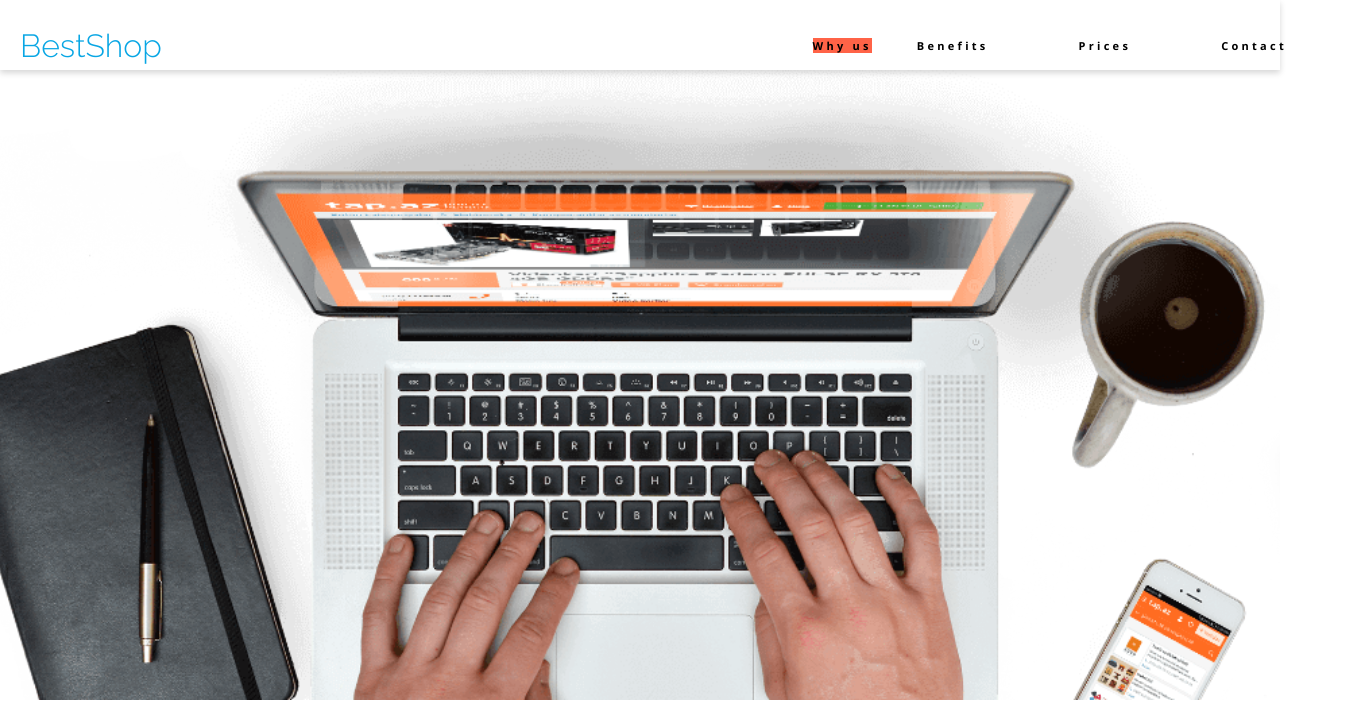
Repository: Widzisz/bestshop-website
Page: index.html
The author's editor kept a copy of each file at every save. The page is drawn from the files as they stood at one save, then again after the next save.
The browser window is 1280 px wide. The page is 1352 px wide, so the pictures cover 1352 px, including what lies to the right of the window. The pictures show the whole page.
The pointer rests on the first visible `.menu__list a`.

Above is the page before, as saved 2021-03-19 12:42:32.

### index.html
<!doctype html>
<html lang="en">

<head>
  <meta charset="UTF-8">
  <meta http-equiv="X-UA-Compatible" content="ie=edge">

  <link rel="preconnect" href="https://fonts.gstatic.com">
  <link
    href="https://fonts.googleapis.com/css2?family=Open+Sans:ital,wght@0,300;0,400;0,600;0,700;0,800;1,300;1,400;1,600;1,700;1,800&family=Raleway:ital,wght@0,100;0,200;0,300;0,400;0,500;0,600;0,700;0,800;0,900;1,100;1,200;1,300;1,400;1,500;1,600;1,700;1,800;1,900&display=swap"
    rel="stylesheet">
  <title>Craze Features</title>
  <link rel="stylesheet" href="css/normalize.css">
  <link rel="stylesheet" href="css/style.css">
</head>
<div class="hero">

  <header class="header">

    <div class="container">
      <div class="container__nav">
        <a href="" class="logo">
          <span>BestShop</span>
        </a>

        <nav class="menu">
          <ul class="menu__list">
            <li><a href="">Why us</a></li>
            <li><a href="">Benefits</a></li>
            <li><a href="">Prices</a></li>
            <li><a href="">Contact</a></li>
          </ul>
        </nav>
      </div>
    </div>
  </header>

</div>




</div>


<body>

</body>

</html>

### css/style.css
:root {
  --c-primary: #08a6e4;
  --c-primary-shadow: rgba(7, 172, 230, 0.16);
  --c-redish: #fb3b64;
  --c-green: #55dfb4;
  --c-black: #000000;
  --c-grey: #a5a5a5;
  --c-light-grey: #f7f7f7;
  --c-white: #ffffff;
}

html {
  font-family: "Open Sans", sans-serif;
  font-family: "Raleway", sans-serif;
}

* {
  box-sizing: border-box;
}
body {
  margin: 0;
}

.container {
  width: 1352px;
  margin: 0 auto;
}
/* -----------------------------------------------------
              Logo + Pasek Menu
----------------------------------------------------- */

.hero {
  width: 100%;
  min-height: 700px;
  background-image: url(../images/background.png);
  background-size: cover;
  background-repeat: no-repeat;
  background-position: center top;
}

.header {
  background: #ffffff;
  height: 70px;
  width: 100%;
  box-shadow: 0px 3px 6px #00000029;
  opacity: 1;
  background-repeat: no-repeat;
}

.container__nav {
  padding: 20px;
  display: flex;
  justify-content: space-between;
  align-items: center;
}

.logo {
  text-decoration: none;
}

.logo span {
  top: 16px;
  left: 136px;
  width: 142px;
  height: 37px;

  font: normal normal 300 32px/37px Raleway;
  letter-spacing: 0px;
  color: #08a6e4;
  opacity: 1;
}
.menu {
}
.menu__list {
  list-style-type: none;
  display: flex;
  text-decoration: none;
}


.menu__list a {
  text-decoration: none;
  margin: 0 45px;
  text-align: center;
  font: normal normal bold 11px/15px Open Sans;
  letter-spacing: 3.28px;
  color: #000000;
  opacity: 1;
}

.menu__list a:hover {
    height: .25rem;
  width: 25%;
  margin: 0;
  background: tomato;
  border: none;
  transition: .3s;
}

Loaded but not shown: css/normalize.css (library)

After the next save:
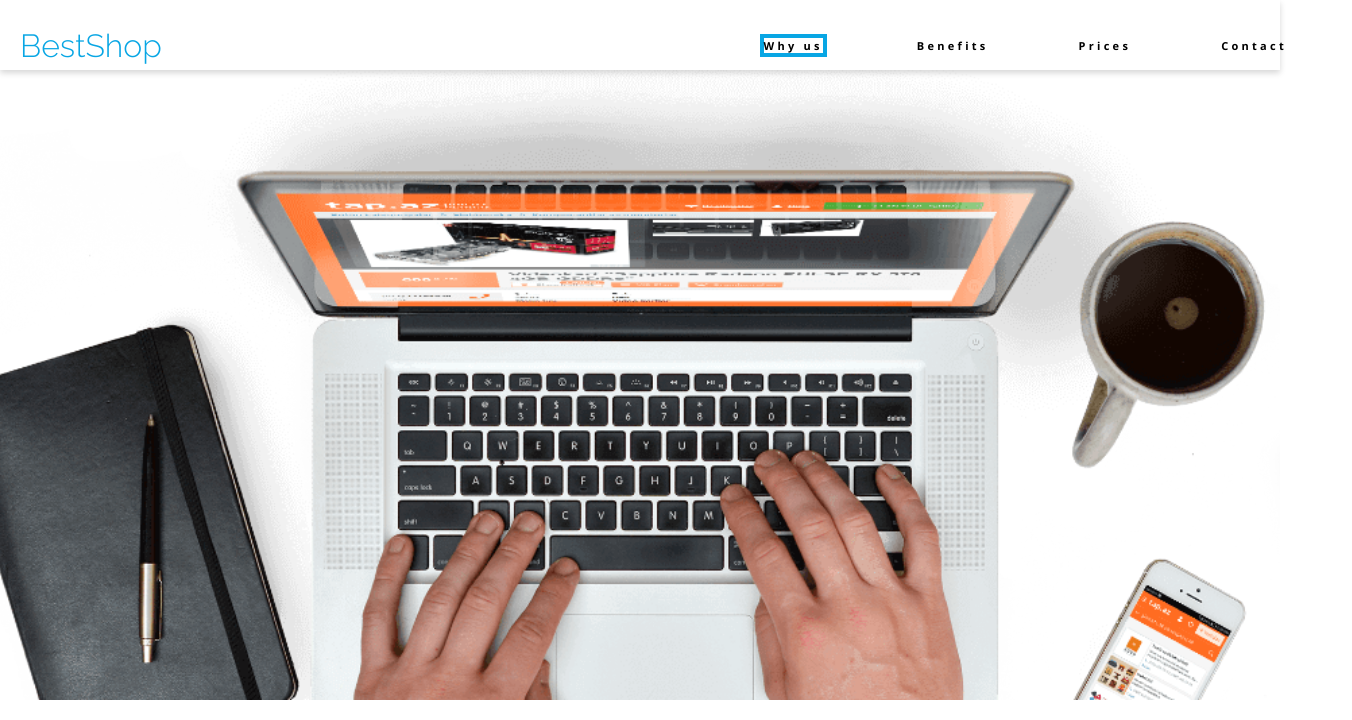
Saved 119 s later.
--- a/css/style.css
+++ b/css/style.css
@@ -89,10 +89,8 @@ body {
 }
 
 .menu__list a:hover {
-    height: .25rem;
-  width: 25%;
-  margin: 0;
-  background: tomato;
-  border: none;
+
+    border: 4px solid #08A6E4;
+    opacity: 1;
   transition: .3s;
 }
